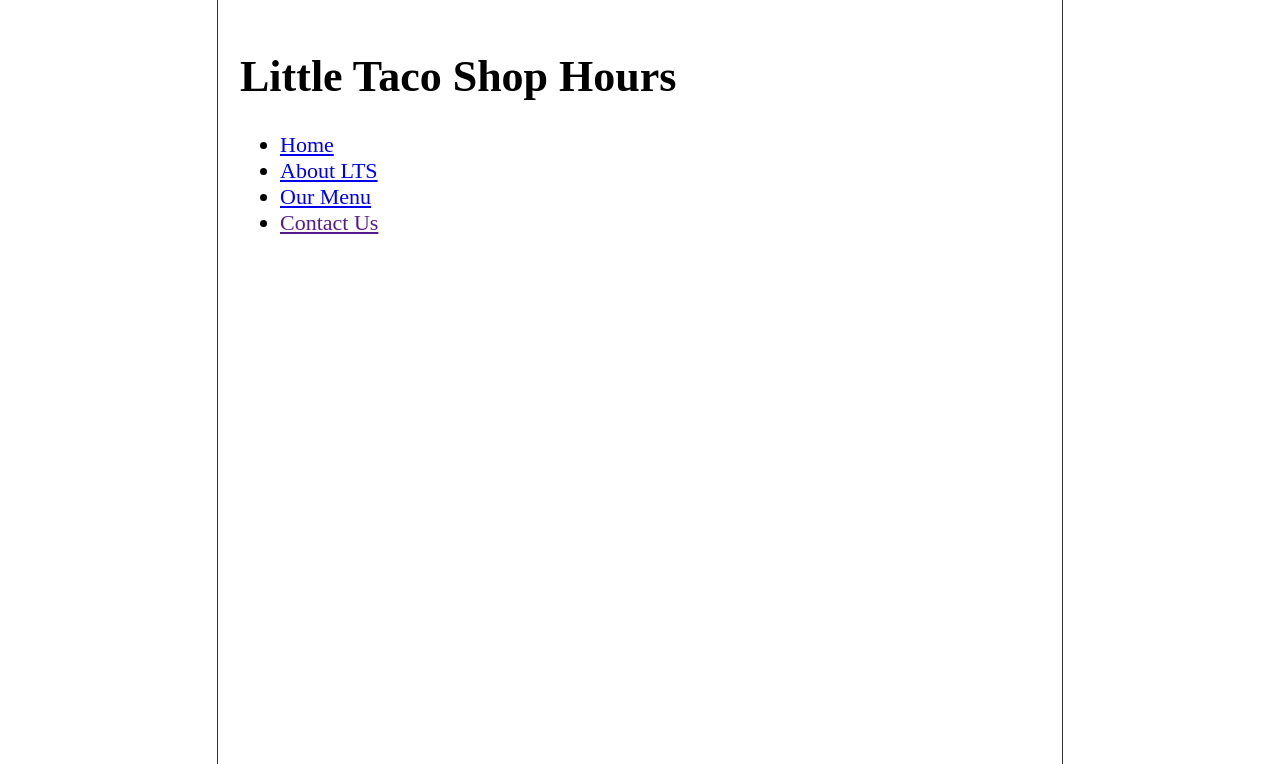
Repository: Israa-Odeh/html-basics-project
Page: hours.html
These files come from the project's save history. The page is drawn as it stood at one moment and after a run of saves; the edit follows.
The browser window is 1280 px wide. The pictures show the whole page.

Above is the page before, as saved 2024-08-20 02:32:46.

After the next 2 saves:
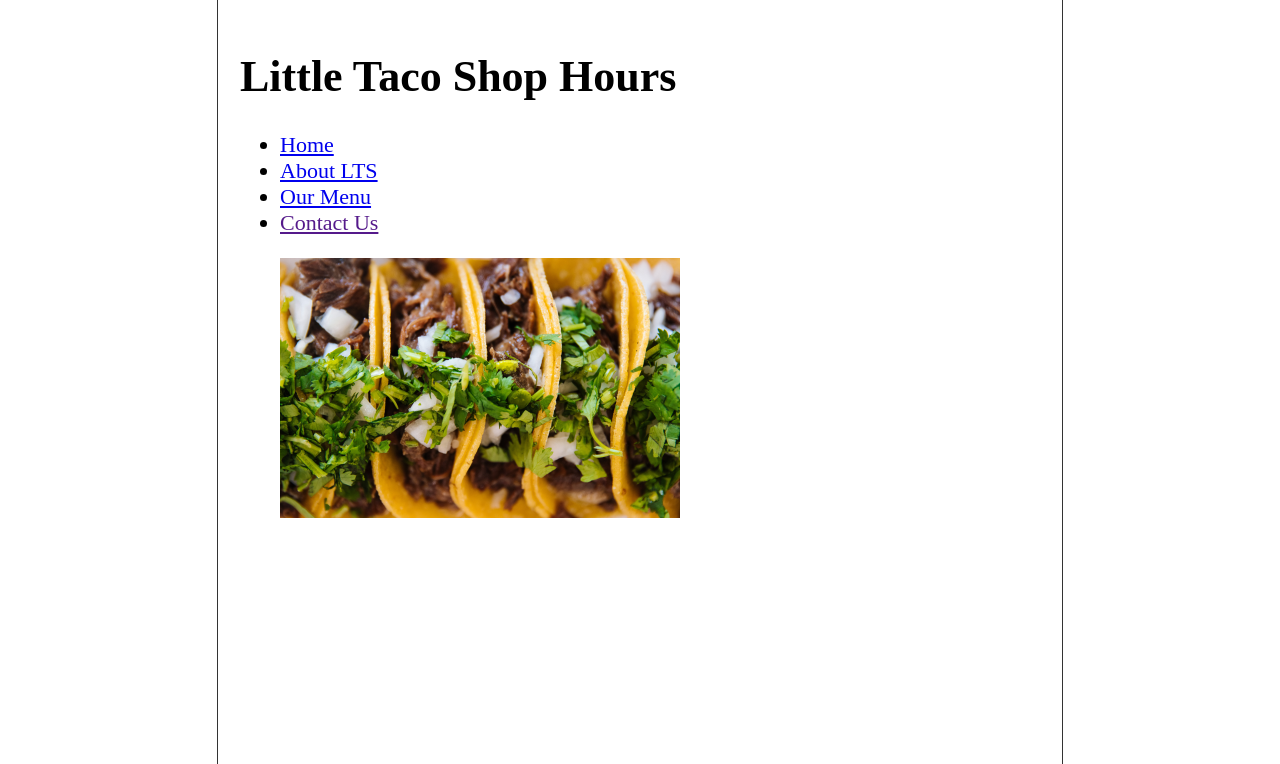
The 2 saves are shown as one change because they came seconds apart.
The last was saved 6 s later.
--- a/hours.html
+++ b/hours.html
@@ -31,7 +31,7 @@
             </ul>
         </nav>
         <figure>
-            <img src="" alt="">
+            <img src="img/tacos_close_up_400x260.png" alt="">
         </figure>
 
     </header>
